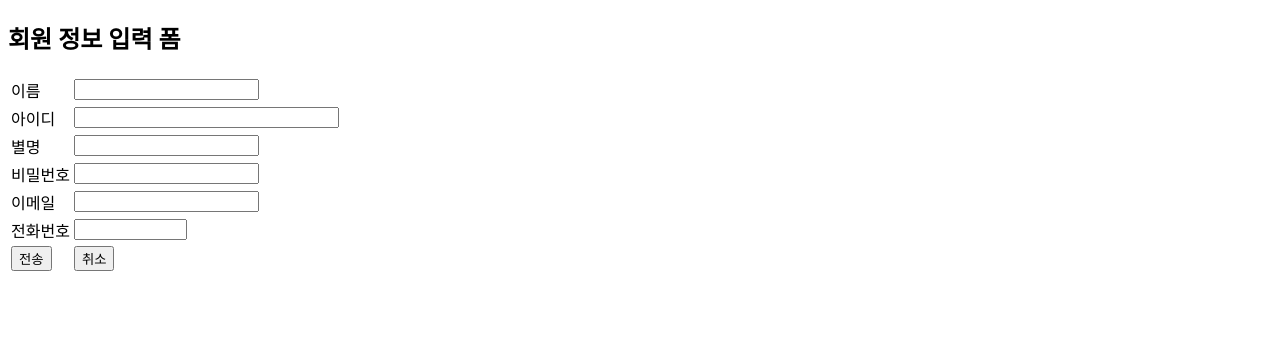
Repository: itrecipe/Web_ez
Page: http://localhost/jspCh06/03_addMemberForm.jsp
These files come from the project's save history. The page is drawn as it stood at one moment and after the next save; the edit follows.
The browser window is 1280 px wide. The pictures show the whole page.
The page is served by Tomcat 9.

Above is the page before, as saved 2023-04-03 02:12:39.

After the next save:
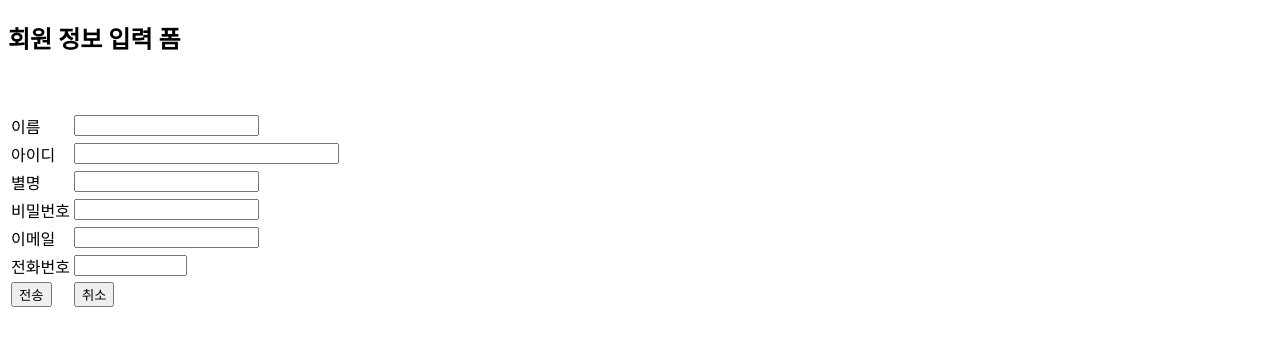
Saved 6 s later.
--- a/jspCh06/src/main/webapp/03_addMemberForm.jsp
+++ b/jspCh06/src/main/webapp/03_addMemberForm.jsp
@@ -36,8 +36,8 @@
 		<td><input type="text" name="phone" size="11"></td>
 	</tr>
 	<tr>
-		<td><input type="submit" value="전송"></td>
-		<td><input type="reset" value="취소"></td>
+		<td><input type="submit" value="전송"></td><br/>
+		<td><input type="reset" value="취소"></td><br/>
 	</tr>
 </table>
 </form>

After the save that followed:
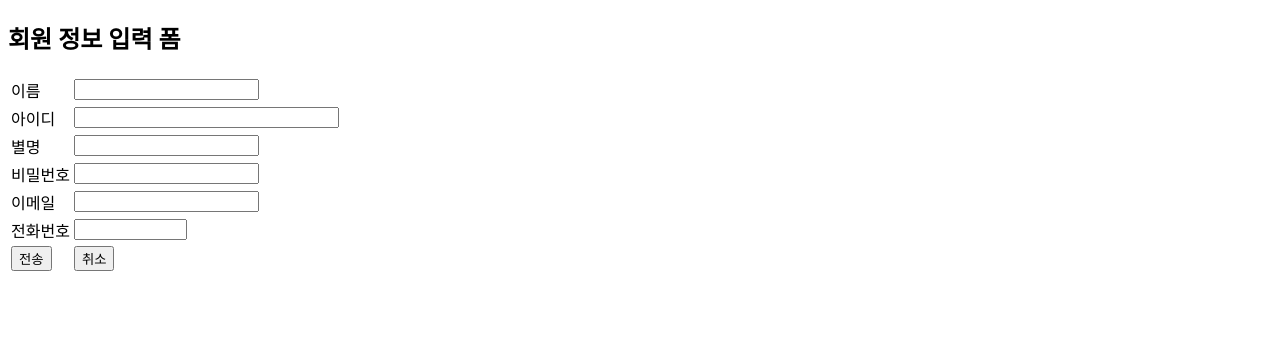
Saved 11 s later.
--- a/jspCh06/src/main/webapp/03_addMemberForm.jsp
+++ b/jspCh06/src/main/webapp/03_addMemberForm.jsp
@@ -36,8 +36,8 @@
 		<td><input type="text" name="phone" size="11"></td>
 	</tr>
 	<tr>
-		<td><input type="submit" value="전송"></td><br/>
-		<td><input type="reset" value="취소"></td><br/>
+		<td><input type="submit" value="전송"></td>
+		<td><input type="reset" value="취소"></td>
 	</tr>
 </table>
 </form>
